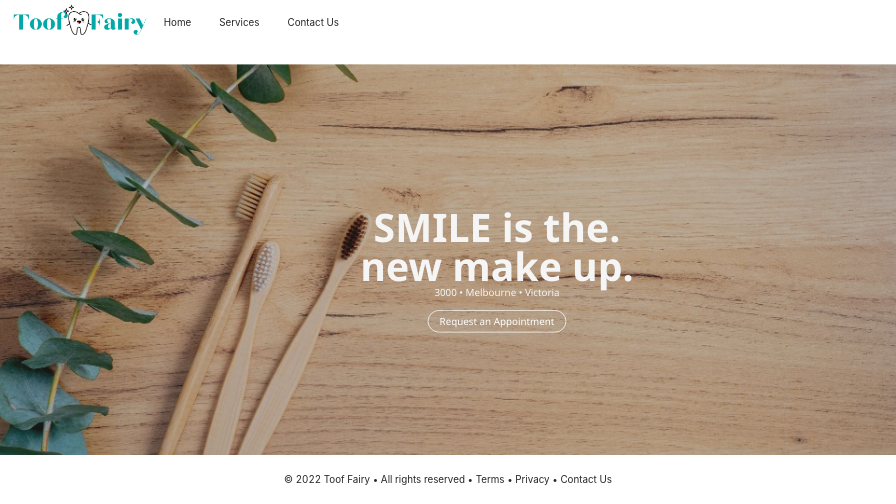
Repository: neldad1/dentist-app
Page: /
These files come from the project's save history. The page is drawn as it stood at one moment and after the next save; the edit follows.
The browser window is 1280 px wide. The pictures show the part of the page from y = 0 to 1920 px (the page is 720 px tall before and 3248 px after), at 70% of full size.
The project was rebuilt for these pictures with package versions that can differ from the ones it lists, and the page was loaded fresh each time. Also part of the build but not shown: src/components/Services/ToofImg.jsx, src/components/Services/Cosmetic.jsx, src/components/Services/Restorative.jsx, src/components/Services/Preventative.jsx.

Above is the page before, as saved 2022-03-10 13:30:04.

After the next save:
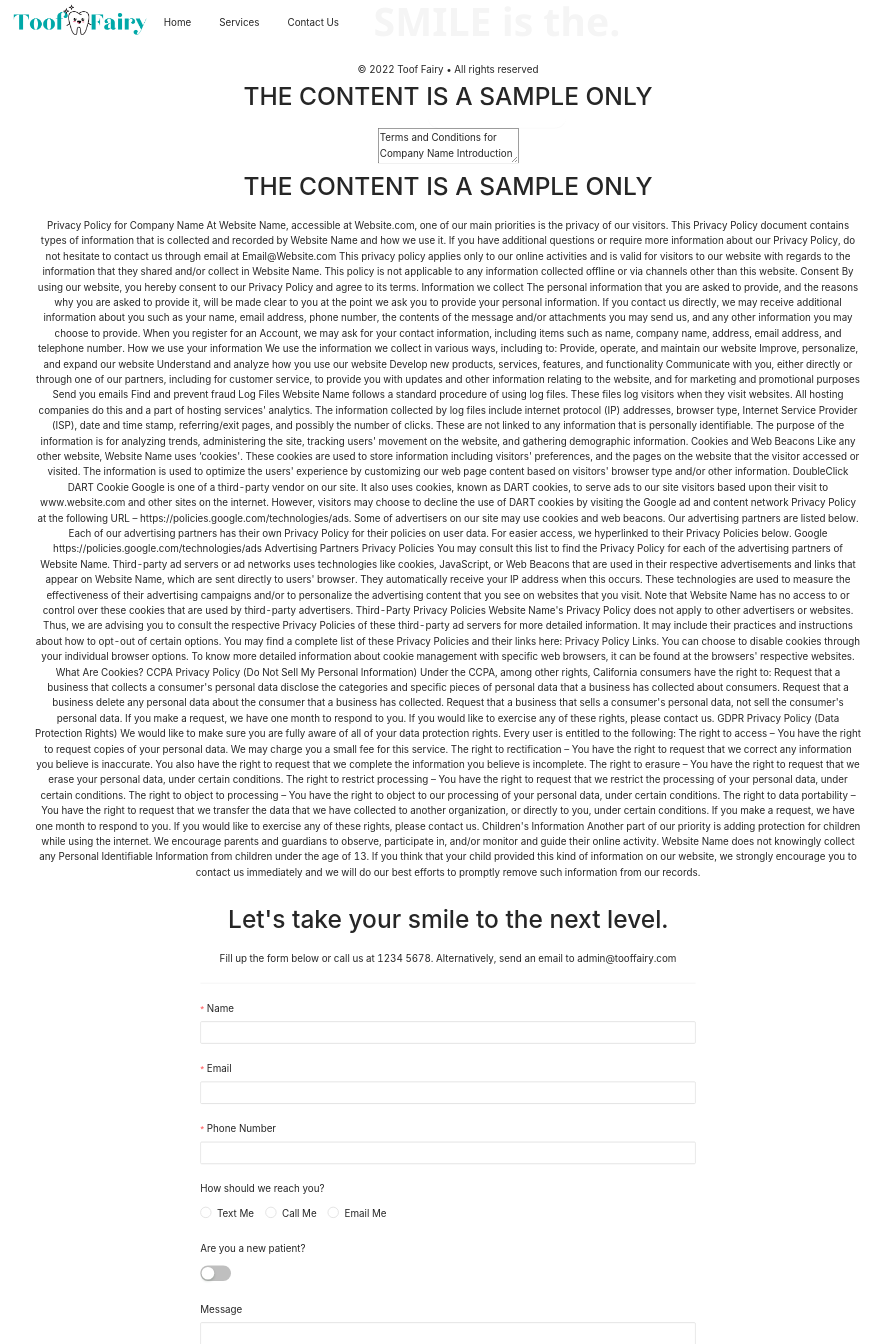
Saved 29 s later.
--- a/src/App.js
+++ b/src/App.js
@@ -7,6 +7,9 @@ import AppRoutes from './AppRoutes';
 import { Layout } from 'antd';
 import HeaderLogo from './components/Header/HeaderLogo';
 import Rights from './components/Footer/Rights';
+import Terms from './components/Footer/Terms';
+import Privacy from './components/Footer/Privacy';
+import Contact from './components/Contact';
 const { Header, Footer, Content } = Layout;
 
 function App() {
@@ -21,7 +24,10 @@ function App() {
           <AppRoutes />
         </Content>
         <Footer className="footer">
-          <Rights />• Terms • Privacy • Contact Us
+          <Rights />
+          <Terms />
+          <Privacy />
+          <Contact />
         </Footer>
       </Layout>
     </BrowserRouter>
